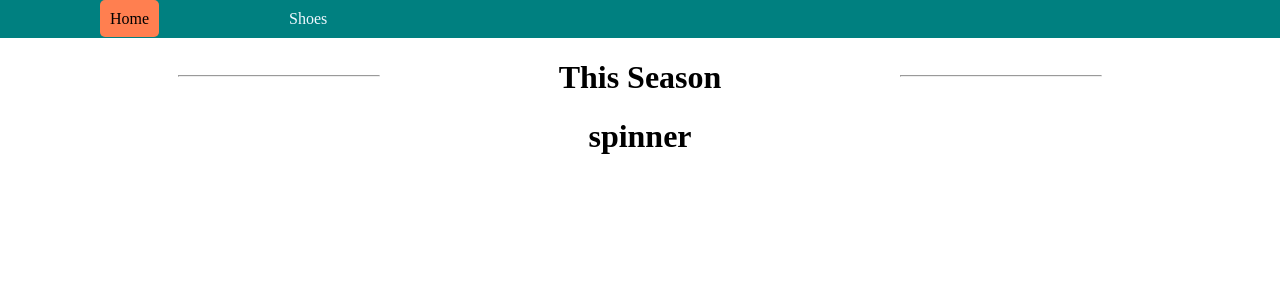
Repository: SalehK98/shop_app
Page: /
These files come from the project's save history. The page is drawn as it stood at one moment and after the next save; the edit follows.
The browser window is 1280 px wide. The pictures show the whole page.
The page's requests for data from a server got no answer. The project was rebuilt for these pictures with package versions that can differ from the ones it lists, and the page was loaded fresh each time. No one was signed in, and anything a server would have sent is missing. Also part of the build but not shown: src/components/ShoeCard/ShoeCard.jsx, src/pages/Shoes/Shoes.jsx, src/pages/Shoe/Shoe.jsx, src/pages/Error/Error.jsx. Imported but missing from the stored project, and not drawn on this page: src/assets/video/preview.mp4.

Above is the page before, as saved 2023-02-28 11:18:27.

After the next save:
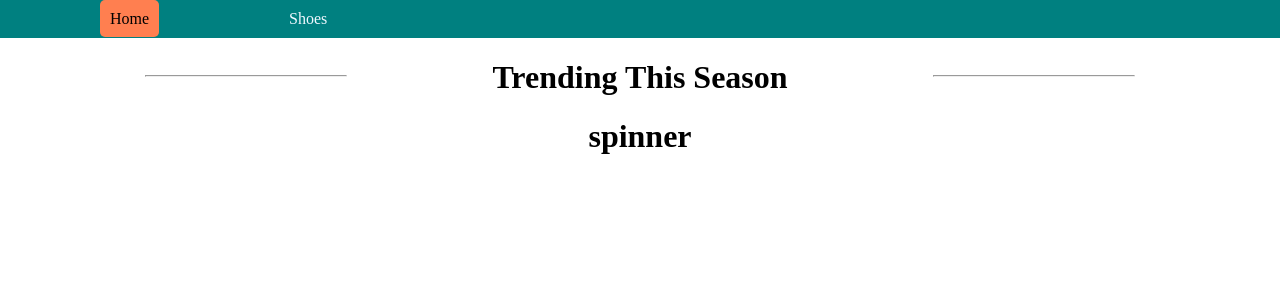
Saved 12 s later.
--- a/src/pages/Home/Home.jsx
+++ b/src/pages/Home/Home.jsx
@@ -52,9 +52,9 @@ export default function Home() {
         }}
       /> */}
       {/* {playVideo()} */}
-      <h1 style={{ display: "flex", textAlign: "center" }}>
+      <h1 style={{ display: "flex", textAlign: "center  " }}>
         <hr width="200px" style={{ height: "0" }} />
-        This Season
+        Trending This Season
         <hr width="200px" style={{ height: "0" }} />
       </h1>
 
